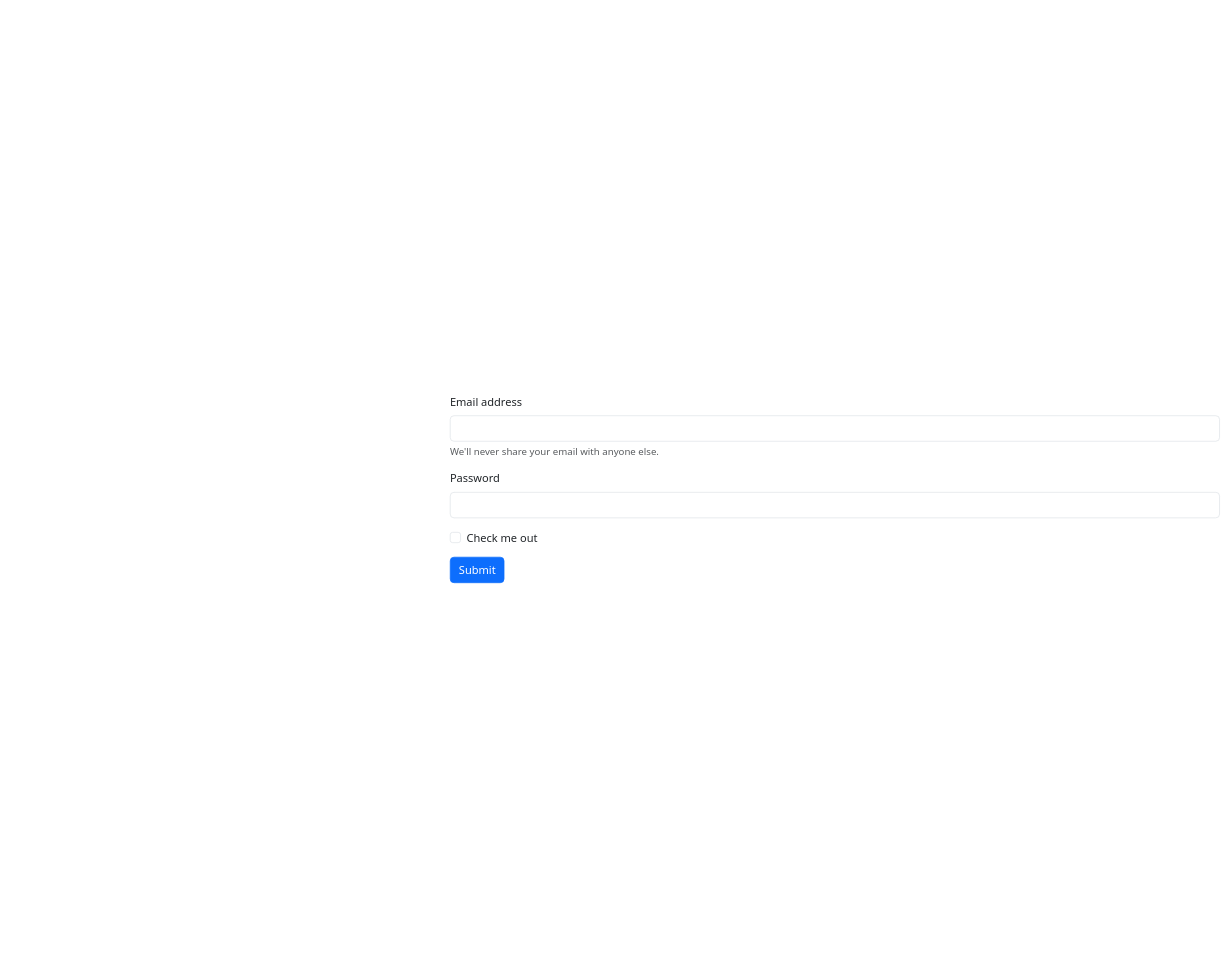
Repository: lemoueno/programme_dev_fullstack
Page: bootstrap/form/form.html
The author's editor kept a copy of each file at every save. The page is drawn from the files as they stood at one save, then again after the next save.
The browser window is 1280 px wide. The page is 1780 px wide, then 1381 px, so the pictures cover 1780 px, including what lies to the right of the window. The pictures show the whole page, at 69% of full size.

Above is the page before, as saved 2023-12-03 16:57:13.

### bootstrap/form/form.html
<html lang="en">
<head>
    <meta charset="UTF-8">
    <meta name="viewport" content="width=device-width, initial-scale=1.0">
    <link href="https://cdn.jsdelivr.net/npm/bootstrap@5.3.2/dist/css/bootstrap.min.css" rel="stylesheet" integrity="sha384-T3c6CoIi6uLrA9TneNEoa7RxnatzjcDSCmG1MXxSR1GAsXEV/Dwwykc2MPK8M2HN" crossorigin="anonymous">
    <script src="https://cdn.jsdelivr.net/npm/bootstrap@5.3.2/dist/js/bootstrap.bundle.min.js" integrity="sha384-C6RzsynM9kWDrMNeT87bh95OGNyZPhcTNXj1NW7RuBCsyN/o0jlpcV8Qyq46cDfL" crossorigin="anonymous"></script>
    <title>Document</title>
</head>
<body>
    <div class="container">
        <div class="row">
            <form style="margin: 50%;">
                <div class="mb-3">
                  <label for="exampleInputEmail1" class="form-label">Email address</label>
                  <input type="email" class="form-control" id="exampleInputEmail1" aria-describedby="emailHelp">
                  <div id="emailHelp" class="form-text">We'll never share your email with anyone else.</div>
                </div>
                <div class="mb-3">
                  <label for="exampleInputPassword1" class="form-label">Password</label>
                  <input type="password" class="form-control" id="exampleInputPassword1">
                </div>
                <div class="mb-3 form-check">
                  <input type="checkbox" class="form-check-input" id="exampleCheck1">
                  <label class="form-check-label" for="exampleCheck1">Check me out</label>
                </div>
                <button type="submit" class="btn btn-primary">Submit</button>
              </form>
        </div>
    </div>
</body>
</html>

After the next save:
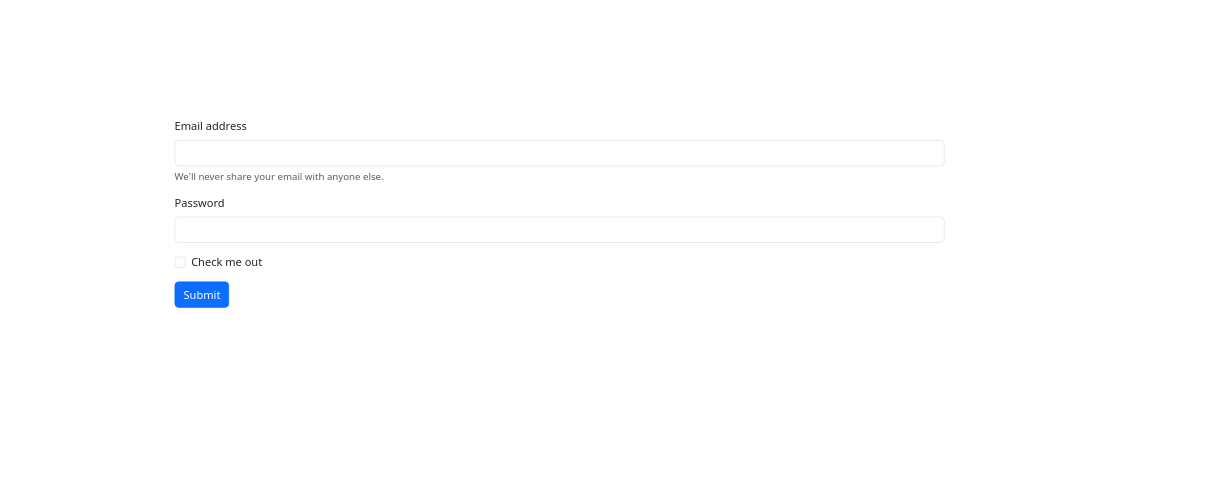
Saved 28 s later.
--- a/bootstrap/form/form.html
+++ b/bootstrap/form/form.html
@@ -9,7 +9,7 @@
 <body>
     <div class="container">
         <div class="row">
-            <form style="margin: 50%;">
+            <form style="margin: 15%;">
                 <div class="mb-3">
                   <label for="exampleInputEmail1" class="form-label">Email address</label>
                   <input type="email" class="form-control" id="exampleInputEmail1" aria-describedby="emailHelp">
